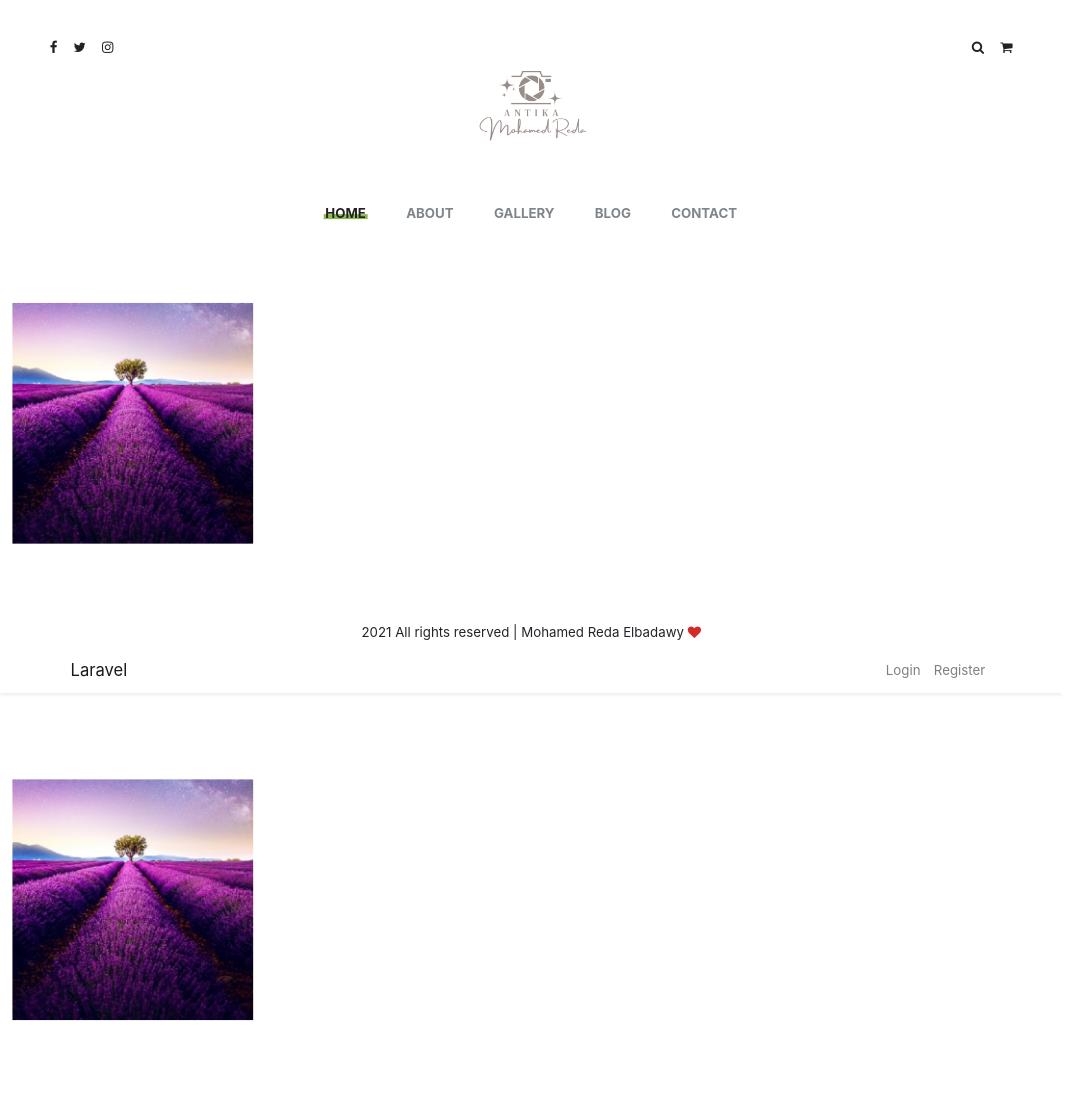
Repository: mohamedelbadawi/Simple-galley-using-laravel
Page: resources/views/admin/albums/show.blade.php
An editor plug-in stored every save of this project. The page is shown before and after a run of saves, followed by the edit.
The browser window is 1280 px wide. The page is 1280 px wide, then 1295 px, so the pictures cover 1295 px, including what lies to the right of the window. The pictures show the whole page, at 83% of full size.
The page is served by the project's Laravel application, run on PHP 8.4 with Laravel 8. Other server files are loaded and not shown. The template is opened directly, without the code that normally fills it, so the values that code supplies are empty.

Above is the page before, as saved 2021-09-01 04:32:58.

### Gallery/routes/web.php
<?php

use App\Http\Controllers\AlbumsController;
use Illuminate\Support\Facades\Auth;
use Illuminate\Support\Facades\Route;

/*
|--------------------------------------------------------------------------
| Web Routes
|--------------------------------------------------------------------------
|
| Here is where you can register web routes for your application. These
| routes are loaded by the RouteServiceProvider within a group which
| contains the "web" middleware group. Now create something great!
|
 */

Route::get('/', function () {
    return view('gallery/index');
});

Route::get('/home', function () {
    return view('gallery/index');
});

Route::get('/index', function () {
    return view('gallery/index');
})->name('index');

Route::get('/gallery', function () {
    return view('gallery/gallery');
})->name('gallery');

Route::get('/about', function () {
    return view('gallery/about');
})->name('about');

Route::get('/contact', function () {
    return view('gallery/contact');
})->name('contact');
Route::get('/blog', function () {
    return view('gallery/blog');
})->name('blog');

Route::prefix('admin')->group(function () {
    Auth::routes();
    Route::get('/dashboard', function () {
        return view('admin/dashboard');
    })->name('dashboard');
    Route::get('/albums/create', [AlbumsController::class, 'create'])->name('album.create');
    Route::get('/albums', [AlbumsController::class, 'index'])->name('album.index');
    Route::post('/albums/store', [AlbumsController::class, 'store'])->name('album.store');
    Route::get('album/{id}', [AlbumsController::class, 'showImages'])->name('album.show');
});
Route::get('/admin', function () {
    return view('admin.Dashboard');
})->middleware('auth');

### Gallery/resources/views/admin/albums/show.blade.php
@extends('layouts.app')
@section('content')
    @extends('app')

    <!-- About Page -->
@section('content')
    <div class="gallery__page">
        <div class="gallery__warp">
            <div class="row">
                <div class="col-lg-3 col-md-4 col-sm-6">
                    <a class="gallery__item fresco" href="img/gallery/1.jpg" data-fresco-group="gallery">
                        <img src="img/gallery/1.jpg" alt="">
                    </a>
                </div>
            </div>
        </div>
    </div>
    <!-- About Page end -->

@endsection

@endsection

### Gallery/resources/views/app.blade.php
<!DOCTYPE html>
<html lang="zxx">

<head>
    <title>Boto | Photography HTML Template</title>
    <meta charset="UTF-8">
    <meta name="description" content="Boto Photo Studio HTML Template">
    <meta name="keywords" content="photo, html">
    <meta name="viewport" content="width=device-width, initial-scale=1.0">
    <!-- Stylesheets -->
    <link rel="stylesheet" href="css/bootstrap.min.css" />
    <link rel="stylesheet" href="css/font-awesome.min.css" />
    <link rel="stylesheet" href="css/slicknav.min.css" />
    <link rel="stylesheet" href="css/fresco.css" />
    <link rel="stylesheet" href="css/slick.css" />

    <!-- Main Stylesheets -->
    <link rel="stylesheet" href="css/style.css" />


    <!--[if lt IE 9]>
  <script src="https://oss.maxcdn.com/html5shiv/3.7.2/html5shiv.min.js"></script>
  <script src="https://oss.maxcdn.com/respond/1.4.2/respond.min.js"></script>
 <![endif]-->

</head>

<body>
    <!-- Page Preloder -->
    <div id="preloder">
        <div class="loader"></div>
    </div>

    <!-- Header Section -->
    <header class="header">
        <div class="container-fluid">
            <div class="row">
                <div class="col-sm-4 col-md-3 order-2 order-sm-1">
                    <div class="header__social">
                        <a href="#"><i class="fa fa-facebook"></i></a>
                        <a href="#"><i class="fa fa-twitter"></i></a>
                        <a href="#"><i class="fa fa-instagram"></i></a>
                    </div>
                </div>
                <div class="col-sm-4 col-md-6 order-1  order-md-2 text-center">
                    <a href="./index.html" class="site-logo">
                        <img src="img/logo.png" class="m-0" style="width: 180px; height:180px" alt="">
                    </a>
                </div>
                <div class="col-sm-4 col-md-3 order-3 order-sm-3">
                    <div class="header__switches">
                        <a href="#" class="search-switch"><i class="fa fa-search"></i></a>
                        <a href="#" class="nav-switch"><i class="fa fa-bars"></i></a>
                        <a href="#"><i class="fa fa-shopping-cart"></i></a>
                    </div>
                </div>
            </div>
            <nav class="main__menu">
                <ul class="nav__menu">
                    <li><a href="{{ route('index') }}" class="menu--active">Home</a></li>
                    <li><a href="{{ route('about') }}">About</a></li>
                    <li><a href="{{ route('gallery') }}">Gallery</a></li>
                    <li><a href="{{ route('blog') }}">Blog</a>
                    </li>
                    <li><a href="./contact.html">Contact</a></li>
                </ul>
            </nav>
        </div>
    </header>
    @yield('content')
    <footer class="footer__section">
        <div class="container">
            <div class="footer__copyright__text">
                <script>
                    document.write(new Date().getFullYear());
                </script> All rights reserved | Mohamed Reda Elbadawy <i class="fa fa-heart"
                    aria-hidden="true"></i>
            </div>
        </div>
    </footer>
    <!-- Footer Section end -->

    <!-- Search Begin -->
    <div class="search-model">
        <div class="h-100 d-flex align-items-center justify-content-center">
            <div class="search-close-switch">+</div>
            <form class="search-model-form">
                <input type="text" id="search-input" placeholder="Search here.....">
            </form>
        </div>
    </div>
    <!-- Search End -->

    <!--====== Javascripts & Jquery ======-->
    <script src="js/vendor/jquery-3.2.1.min.js"></script>
    <script src="js/jquery.slicknav.min.js"></script>
    <script src="js/slick.min.js"></script>
    <script src="js/fresco.min.js"></script>
    <script src="js/main.js"></script>

</body>

</html>

### Gallery/resources/views/layouts/app.blade.php
<!doctype html>
<html lang="{{ str_replace('_', '-', app()->getLocale()) }}">

<head>
    <meta charset="utf-8">
    <meta name="viewport" content="width=device-width, initial-scale=1">

    <!-- CSRF Token -->
    <meta name="csrf-token" content="{{ csrf_token() }}">

    <title>{{ config('app.name', 'Laravel') }}</title>

    <!-- Scripts -->
    <script src="{{ asset('js/app.js') }}" defer></script>

    <!-- Fonts -->
    <link rel="dns-prefetch" href="//fonts.gstatic.com">
    <link href="https://fonts.googleapis.com/css?family=Nunito" rel="stylesheet">

    <!-- Styles -->
    <link href="{{ asset('css/app.css') }}" rel="stylesheet">
    <link rel="stylesheet" href="{{ asset('css/bootstrap.min.css') }}" />
    <link rel="stylesheet" href="{{ asset('css/font-awesome.min.css') }}" />
    <link rel="stylesheet" href="{{ asset('css/slicknav.min.css') }}" />
    <link rel="stylesheet" href="{{ asset('css/fresco.css') }}" />
    <link rel="stylesheet" href="{{ asset('css/slick.css') }}" />

</head>

<body>
    <div id="app">
        <nav class="navbar navbar-expand-md navbar-light bg-white shadow-sm">
            <div class="container">
                <a class="navbar-brand" href="{{ url('/') }}">
                    {{ config('app.name', 'Laravel') }}
                </a>
                <button class="navbar-toggler" type="button" data-toggle="collapse" data-target="#navbarSupportedContent"
                    aria-controls="navbarSupportedContent" aria-expanded="false"
                    aria-label="{{ __('Toggle navigation') }}">
                    <span class="navbar-toggler-icon"></span>
                </button>

                <div class="collapse navbar-collapse" id="navbarSupportedContent">
                    <!-- Left Side Of Navbar -->
                    <ul class="navbar-nav mr-auto">

                    </ul>

                    <!-- Right Side Of Navbar -->
                    <ul class="navbar-nav ml-auto">
                        <!-- Authentication Links -->
                        @guest
                            @if (Route::has('login'))
                                <li class="nav-item">
                                    <a class="nav-link" href="{{ route('login') }}">{{ __('Login') }}</a>
                                </li>
                            @endif

                            @if (Route::has('register'))
                                <li class="nav-item">
                                    <a class="nav-link" href="{{ route('register') }}">{{ __('Register') }}</a>
                                </li>
                            @endif
                        @else
                            <li class="nav-item dropdown">
                                <a id="navbarDropdown" class="nav-link dropdown-toggle" href="#" role="button"
                                    data-toggle="dropdown" aria-haspopup="true" aria-expanded="false" v-pre>
                                    {{ Auth::user()->name }}
                                </a>

                                <div class="dropdown-menu dropdown-menu-right" aria-labelledby="navbarDropdown">
                                    <a class="dropdown-item" href="{{ route('album.create') }}">
                                        Create Album
                                    </a>
                                    <a class="dropdown-item" href="{{ route('logout') }}" onclick="event.preventDefault();
                                                             document.getElementById('logout-form').submit();">
                                        {{ __('Logout') }}
                                    </a>

                                    <form id="logout-form" action="{{ route('logout') }}" method="POST"
                                        class="d-none">
                                        @csrf
                                    </form>
                                </div>
                            </li>
                        @endguest
                    </ul>
                </div>
            </div>
        </nav>

        <main class="py-4">
            @yield('content')
        </main>
    </div>
</body>

</html>

Loaded but not shown: Gallery/app/Http/Controllers/Auth/ConfirmPasswordController.php (common file); Gallery/app/Http/Controllers/Controller.php (common file); Gallery/public/css/bootstrap.min.css (library); Gallery/public/css/font-awesome.min.css (library); Gallery/public/css/slicknav.min.css (common file); Gallery/public/css/slick.css (common file); Gallery/public/js/jquery.slicknav.min.js (library); Gallery/public/js/slick.min.js (library); Gallery/public/js/fresco.min.js (library); Gallery/public/css/app.css (library); Gallery/public/js/main.js (161 lines, source omitted); Gallery/public/css/fresco.css (1616 lines, source omitted); Gallery/public/css/style.css (1195 lines, source omitted)

After the next 2 saves:
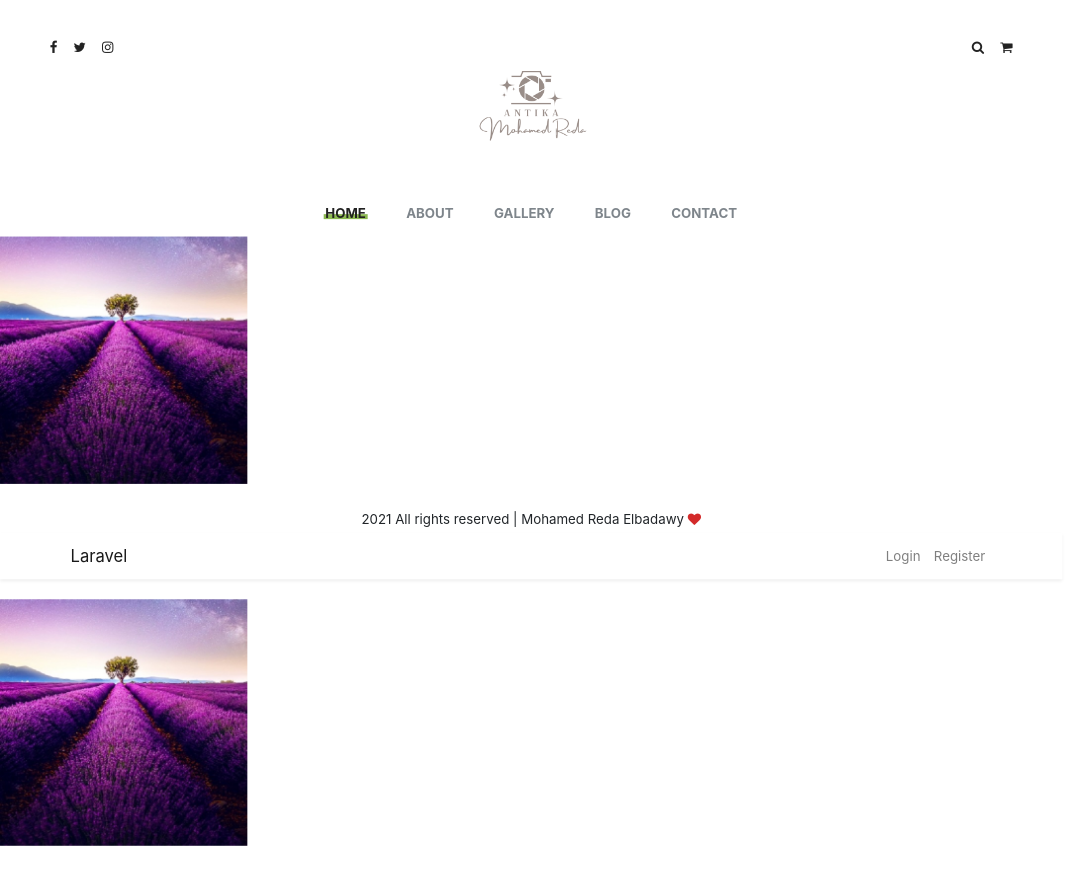
The 2 saves are shown as one change because they came seconds apart.
The last was saved 29 s later.
--- a/Gallery/resources/views/admin/albums/show.blade.php
+++ b/Gallery/resources/views/admin/albums/show.blade.php
@@ -4,17 +4,17 @@
 
     <!-- About Page -->
 @section('content')
-    <div class="gallery__page">
-        <div class="gallery__warp">
-            <div class="row">
-                <div class="col-lg-3 col-md-4 col-sm-6">
-                    <a class="gallery__item fresco" href="img/gallery/1.jpg" data-fresco-group="gallery">
-                        <img src="img/gallery/1.jpg" alt="">
-                    </a>
-                </div>
+
+    <div class="gallery__warp">
+        <div class="row">
+            <div class="col-lg-3 col-md-4 col-sm-6">
+                <a class="gallery__item fresco" href="img/gallery/1.jpg" data-fresco-group="gallery">
+                    <img src="img/gallery/1.jpg" alt="">
+                </a>
             </div>
         </div>
     </div>
+
     <!-- About Page end -->
 
 @endsection
